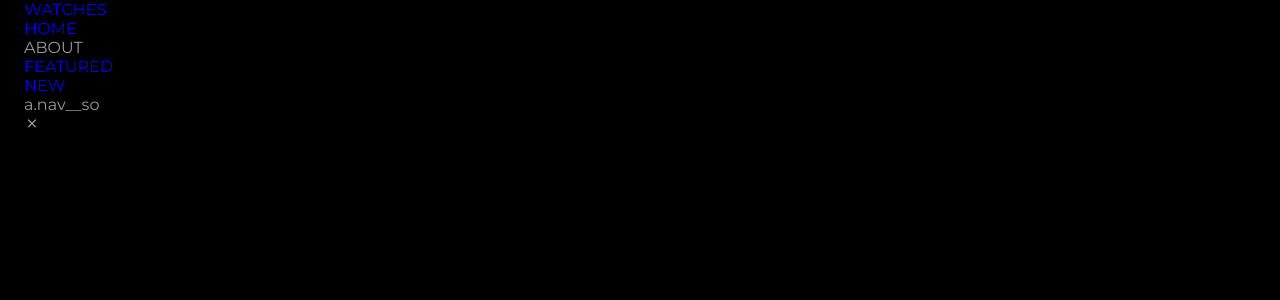
Repository: dinhhaidh/Responsive-wacthes-slider
Page: index.html
An editor plug-in stored every save of this project. The page is shown before and after a run of saves, followed by the edit.
The browser window is 1280 px wide. The pictures show the whole page.

Above is the page before, as saved 2024-03-05 18:05:02.

After the next 2 saves:
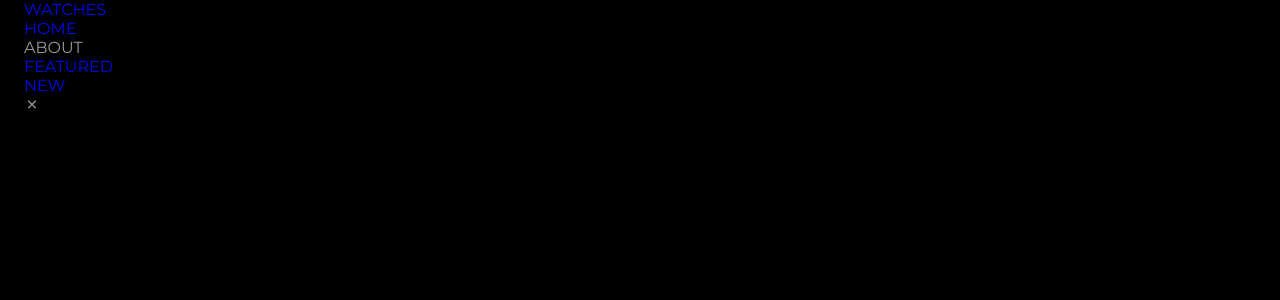
The 2 saves are shown as one change because they came seconds apart.
The last was saved 7 s later.
--- a/index.html
+++ b/index.html
@@ -40,7 +40,7 @@
                     </li>
                 </ul>
                 <div class="nav__social">
-                    a.nav__so
+                    <a href="#" class="nav__social-link"></a>
                 </div>
 
                 <div class="nav__close" id="nav-close">
